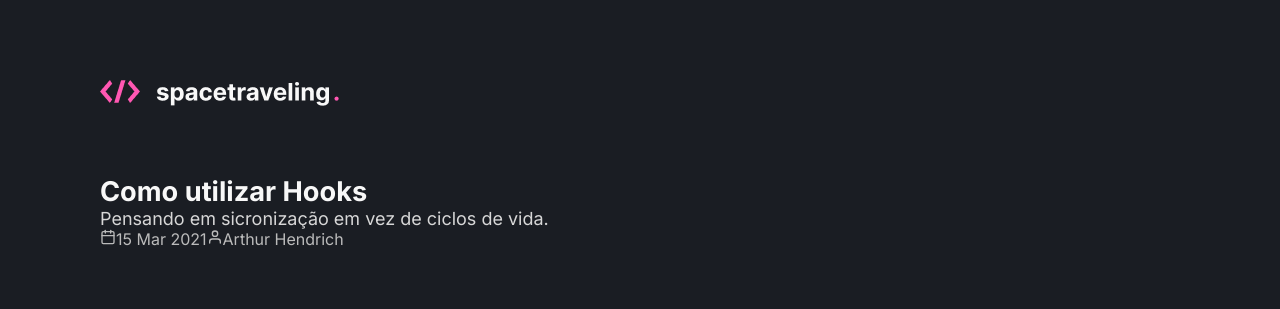
Repository: ArthurHendrich/Ignite-NextJS
Page: /
An editor plug-in stored every save of this project. The page is shown before and after the next save, followed by the edit.
The browser window is 1280 px wide. The pictures show the whole page.
The project was rebuilt for these pictures with package versions that can differ from the ones it lists, and the page was loaded fresh each time. The framework's server and built-in components were replaced by stand-ins that run in the browser.

Above is the page before, as saved 2022-07-09 15:43:01.

After the next save:
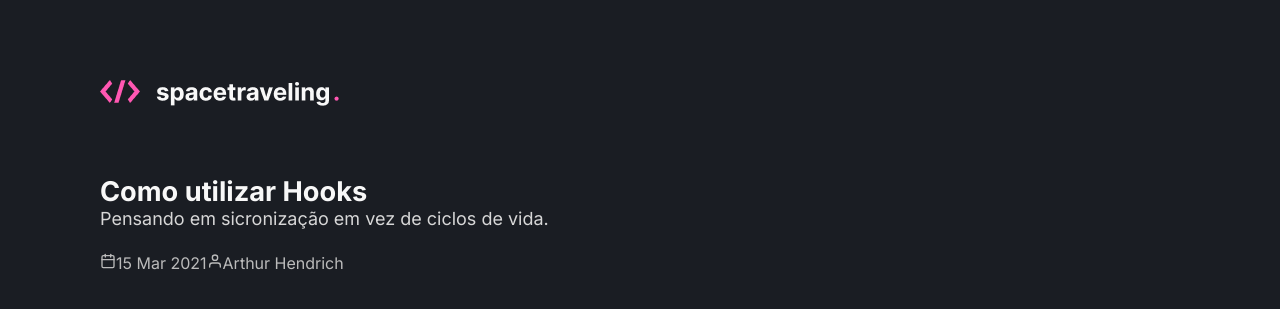
Saved 25 s later.
--- a/src/pages/home.module.scss
+++ b/src/pages/home.module.scss
@@ -14,9 +14,11 @@
   .ContentInfo {
     display: flex;
     align-items: center;
+    color: var(--Info);
+    margin-top: 1.5rem;
 
-    color: var(--Info);
     .Date {
+
     }
   }
 }
